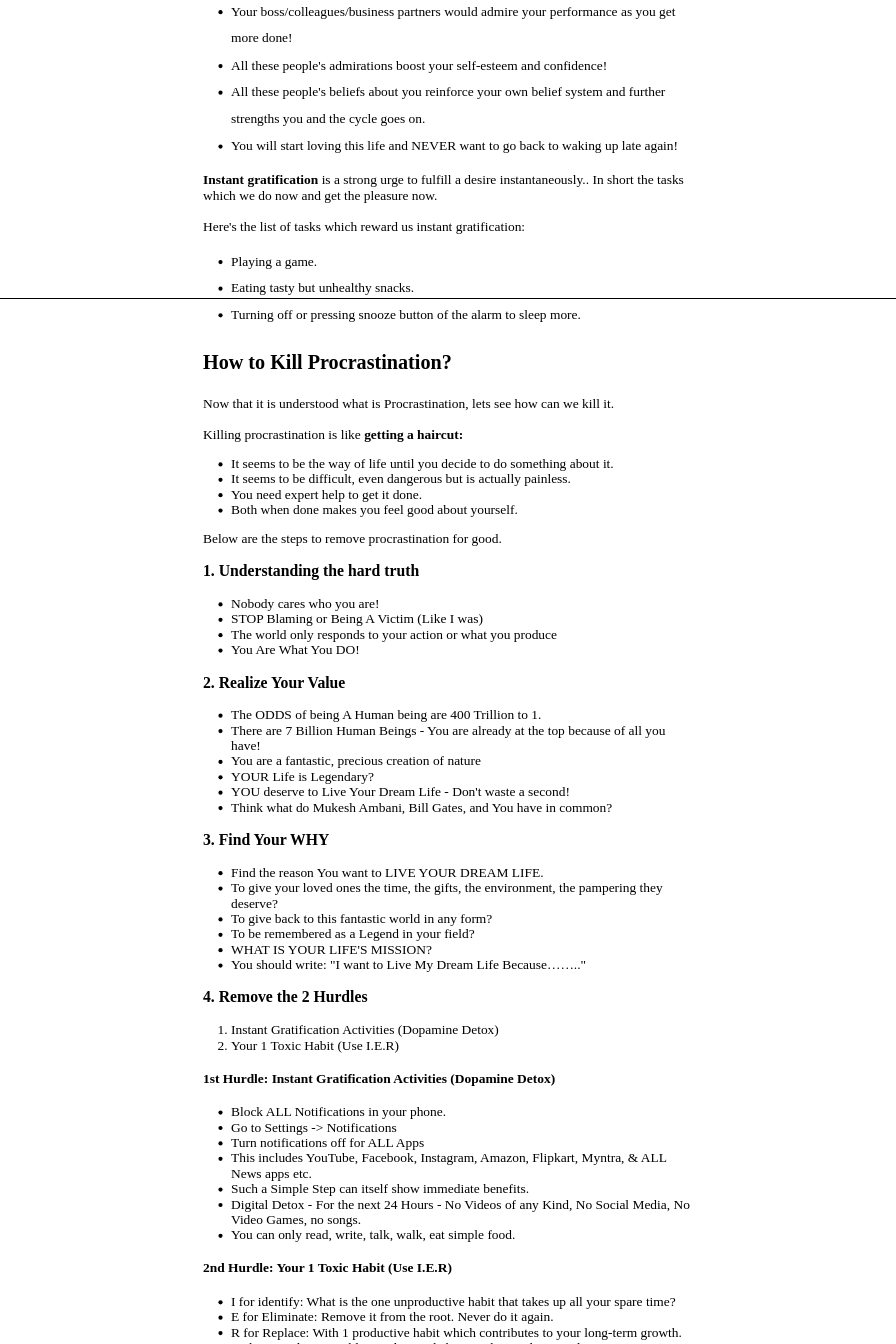
Repository: PuneetP16/Portfolio
Page: Wake Up At 5 AM Every Single Day Like Clockwork.html
These files come from the project's save history. The page is drawn as it stood at one moment and after the next save; the edit follows.
The browser window is 1280 px wide. The pictures show the part of the page from y = 2478 to 4398 px (the page is 5663 px tall before and 3662 px after), at 70% of full size.
A picture or video elsewhere on the page could not be fetched, so the positions and the page height are approximate. Some web fonts or font styles are not loaded; a fallback is used.

Above is the page before, as saved 2021-12-10 03:22:02.

After the next save:
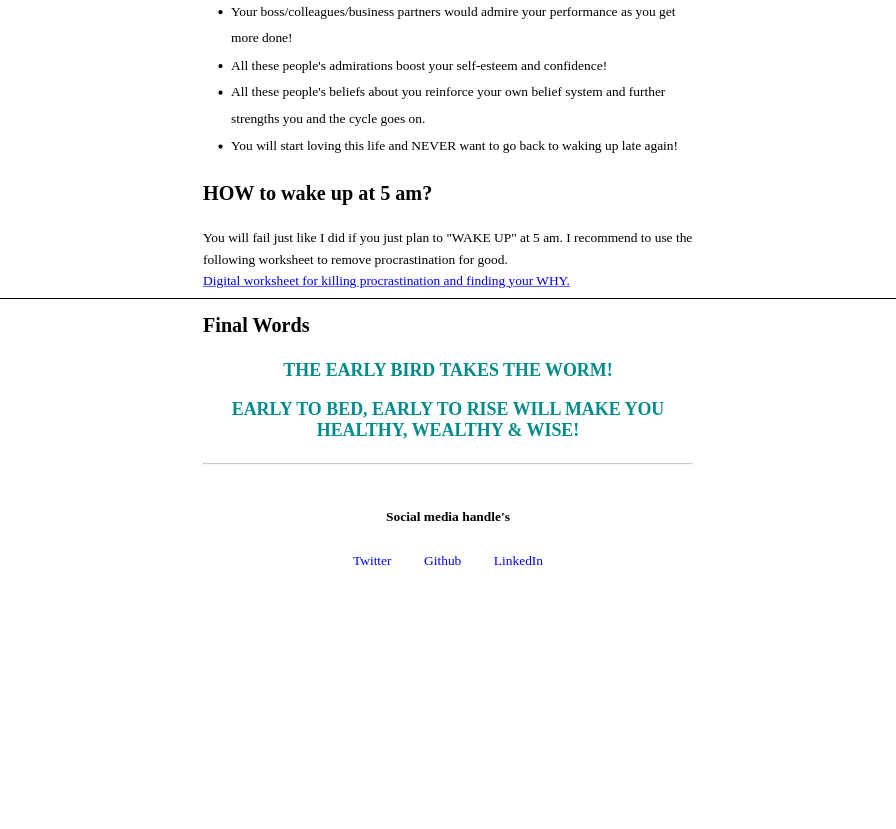
Saved 2 min 49 s later.
--- a/Wake Up At 5 AM Every Single Day Like Clockwork.html
+++ b/Wake Up At 5 AM Every Single Day Like Clockwork.html
@@ -68,92 +68,18 @@
            <li>All these people's beliefs about you reinforce your own belief system and further strengths you and the cycle goes on.</li>
            <li>You will start loving this life and NEVER want to go back to waking up late again!</li>
         </ul>
-
       </p>
 
+      <h2 class="blog-h2">HOW to wake up at 5 am?</h2>
+      <p class="blog-paragraph">
+        You will fail just like I did if you just plan to "WAKE UP" at 5 am.
 
 
-      <strong>Instant gratification</strong> is a strong urge to fulfill a desire instantaneously.. In short the tasks which we do now and get the pleasure now. <br><br>
-        Here's the list of tasks which reward us instant gratification:
-      <ul style="line-height: 2">
-        <li>Playing a game.</li>
-        <li>Eating tasty but unhealthy snacks.</li>
-        <li>Turning off or pressing snooze button of the alarm to sleep more.</li>
-      </ul>
-      <h2 class="blog-h2">How to Kill Procrastination?</h2>
-      Now that it is understood what is Procrastination, lets see how can we kill it.<br><br>
-      Killing procrastination is like <strong> getting a haircut:</strong> <br>
-      <ul>
-        <li>It seems to be the way of life until you decide to do something about it.</li>
-        <li>It seems to be difficult, even dangerous but is actually painless.</li>
-        <li>You need expert help to get it done.</li>
-        <li>Both when done makes you feel good about yourself.</li>
-      </ul>
-      Below are the steps to remove procrastination for good.
-      <h3>1. Understanding the hard truth </h3>
-      <ul>
-        <li>Nobody cares who you are!</li>
-        <li>STOP Blaming or Being A Victim (Like I was) </li>
-        <li>The world only responds to your action or what you produce</li>
-        <li>You Are What You DO!</li>
-      </ul>
-
-      <h3>2. Realize Your Value</h3>
-      <ul>
-        <li>The ODDS of being A Human being are 400 Trillion to 1. </li>
-        <li>There are 7 Billion Human Beings - You are already at the top because of all you have!</li>
-        <li>You are a fantastic, precious creation of nature</li>
-        <li>YOUR Life is Legendary?</li>
-        <li>YOU deserve to Live Your Dream Life - Don't waste a second!</li>
-        <li>Think what do Mukesh Ambani, Bill Gates, and You have in common?</li>
-      </ul>
-
-      <h3>3. Find Your WHY </h3>
-      <ul>
-        <li>Find the reason You want to LIVE YOUR DREAM LIFE.</li>
-        <li>To give your loved ones the time, the gifts, the environment, the pampering they deserve?</li>
-        <li>To give back to this fantastic world in any form?</li>
-        <li>To be remembered as a Legend in your field? </li>
-        <li>WHAT IS YOUR LIFE'S MISSION?</li>
-        <li>You should write: "I want to Live My Dream Life Because…….."</li>
-      </ul>
-
-      <h3>4. Remove the 2 Hurdles</h3>
-      <ol>
-        <li>Instant Gratification Activities (Dopamine Detox)</li>
-        <li>Your 1 Toxic Habit (Use I.E.R)</li>
-      </ol>
-
-      <h4>1st Hurdle: Instant Gratification Activities (Dopamine Detox)</h4>
-      <ul>
-        <li>Block ALL Notifications in your phone.</li>
-        <li>Go to Settings -> Notifications</li>
-        <li>Turn notifications off for ALL Apps</li>
-        <li>This includes YouTube, Facebook, Instagram,  Amazon, Flipkart, Myntra, & ALL News apps etc.</li>
-        <li>Such a Simple Step can itself show immediate benefits.</li>
-        <li>Digital Detox - For the next 24 Hours - No Videos of any Kind, No Social Media, No Video Games, no songs.</li>
-        <li>You can only read, write, talk, walk, eat simple food.</li>
-      </ul>
-
-      <h4>2nd Hurdle: Your 1 Toxic Habit (Use I.E.R)</h4>
-      <ul>
-        <li>I for identify: What is the one unproductive habit that takes up all your spare time?</li>
-        <li>E for Eliminate: Remove it from the root. Never do it again.</li>
-        <li>R for Replace: With 1 productive habit which contributes to your long-term growth. Make it easily accessible. Productive habits can be anything reading, writing, training or being with family.</li>
-        <li>1 toxic habit wastes 80-90% of your time. Implementing this TODAY will dramatically transform you day.</li>
-      </ul>
-
-      <h3>5. Take Action NOW.</h3>
-      <ol>
-        <li>STEP 1: Write Down " I need to Live My Dream Life because..."</li>
-        <li>STEP 2: Block ALL app notifications & go on a Digital Detox for 24 hours.</li>
-        <li>STEP 3: Identify, Eliminate and Replace your one TOXIC HABIT. </li>
-      </ol>
       I recommend to use the following worksheet to remove procrastination for good. <br>
       <a href="https://paruluniversityacin-my.sharepoint.com/:w:/g/personal/180305221005_paruluniversity_ac_in/Ebi1ldGi0OpBhula2y21DAMBttAGShh9H3HnfXRHy4TEcg?e=gIK8Ci">Digital worksheet for killing procrastination and finding your WHY.</a>
     <h2 class="blog-h2">Final Words</h2>
-      <h3 class="quotes">If You Procrastinate on Killing Procrastination, Procrastination will kill you!</h3>
-      <h3 class="quotes">Nothing can stop the man who will bet even his own existence on his stated purpose.</h3>
+      <h3 class="quotes">THE EARLY BIRD TAKES THE WORM!</h3>
+      <h3 class="quotes">EARLY TO BED, EARLY TO RISE WILL MAKE YOU HEALTHY, WEALTHY & WISE!</h3>
 
     <hr />
 
